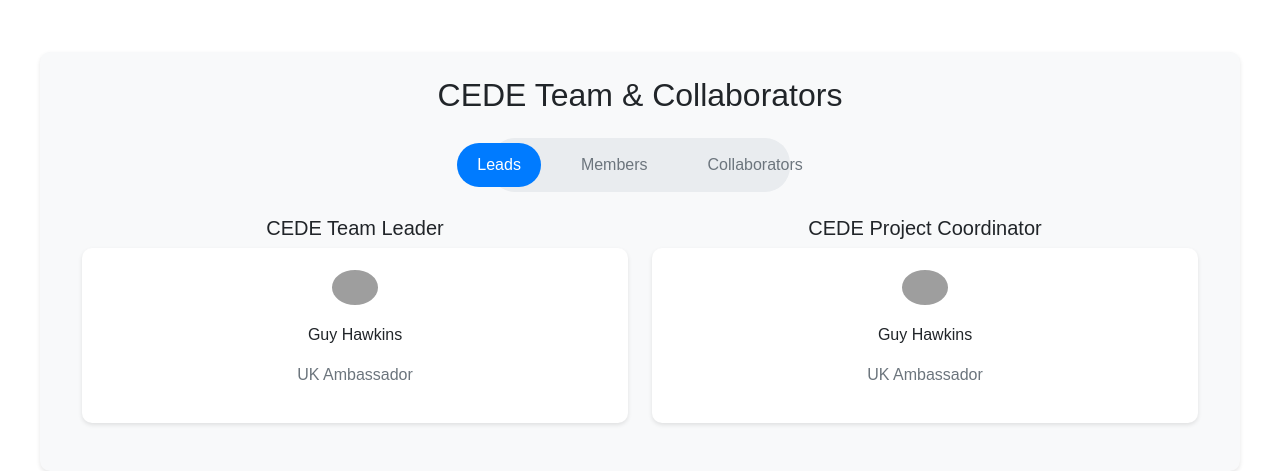
Repository: devashrisamani/CEDE-Website
Page: website/index.html
An editor plug-in stored every save of this project. The page is shown before and after the next save, followed by the edit.
The browser window is 1280 px wide. The pictures show the part of the page from y = 2597 to 3068 px (the page is 3068 px tall).
Pictures or frames that could not be fetched are drawn as grey boxes. A picture or video elsewhere on the page could not be fetched, so the positions and the page height are approximate.

Above is the page before, as saved 2024-06-19 16:43:34.
Console error: TypeError: Cannot read properties of null (reading 'addEventListener')

After the next save:
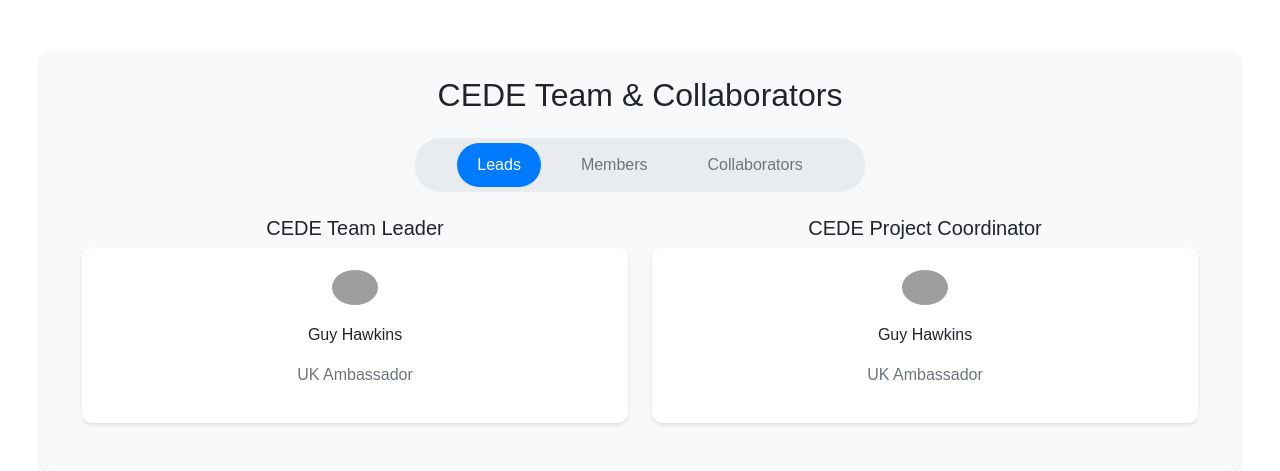
Saved 9 s later.
--- a/website/styles.css
+++ b/website/styles.css
@@ -105,7 +105,7 @@ header p {
   background-color: #e9ecef; /* Light grey background for the toggle container */
   border-radius: 25px;
   padding: 5px;
-  max-width: 300px; /* Adjust this value to control the length */
+  max-width: 450px; /* Adjust this value to control the length */
   margin: 0 auto; /* Center the toggle buttons container */
 }
 
